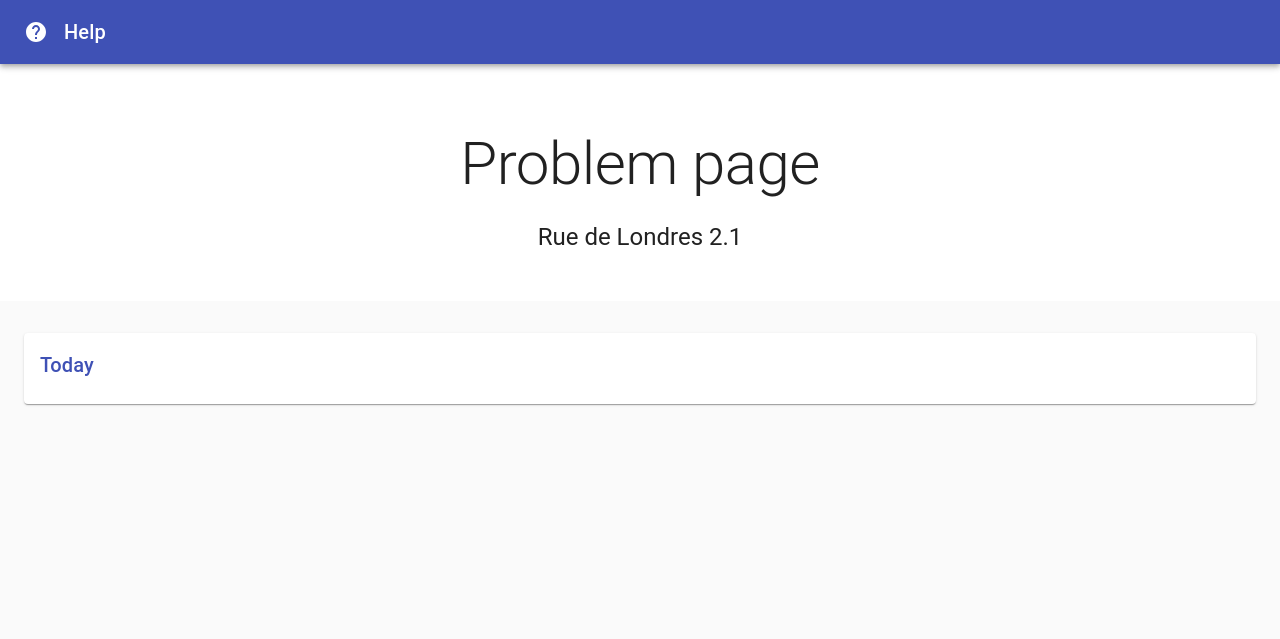
Repository: sapbrussels/intelligenthighway_webapp
Page: /Problempage (app in router/)
These files come from the project's save history. The page is drawn as it stood at one moment and after the next save; the edit follows.
The browser window is 1280 px wide. The pictures show the whole page.
The project was rebuilt for these pictures with package versions that can differ from the ones it lists, and the page was loaded fresh each time. Also part of the build but not shown: router/src/App.css, router/src/Login.js, router/src/Maps.js, router/src/Jobspage.js, router/src/Direction.js, router/src/Maintenance.js, router/src/Help.js.

Above is the page before, as saved 2020-03-31 14:53:21.

### router/src/App.js
import React from 'react';
import {BrowserRouter, Route, Switch} from "react-router-dom";
import './App.css';
import Login from './Login';
import Jobspage from'./Jobspage';
import Maintenance from './Maintenance';
import Help from './Help';
import Problempage from './Problempage';

function App() {
  return (
    <BrowserRouter>
    <Switch>
     <Route path='/' exact component={Login}/>
     <Route path='/Jobspage' exact component={Jobspage}/>
     <Route path='/Maintenance' exact component={Maintenance}/>
     <Route path='/Help' exact component={Help}/>
     <Route path='/Problempage' exact component={Problempage}/>
     </Switch>
    </BrowserRouter>

  );
}

export default App;

### router/src/Problempage.js
import React from 'react';
import AppBar from '@material-ui/core/AppBar';
import HelpIcon from '@material-ui/icons/Help';
import Paper from '@material-ui/core/Paper';
import CssBaseline from '@material-ui/core/CssBaseline';
import Grid from '@material-ui/core/Grid';
import Toolbar from '@material-ui/core/Toolbar';
import Typography from '@material-ui/core/Typography';
import { makeStyles } from '@material-ui/core/styles';
import Container from '@material-ui/core/Container';

import Voltage from './Voltage';

const useStyles = makeStyles((theme) => ({
  icon: {
    marginRight: theme.spacing(2),
  },
  heroContent: {
    backgroundColor: theme.palette.background.paper,
    padding: theme.spacing(8, 0, 6),
  },
  heroButtons: {
    marginTop: theme.spacing(4),
  },
  cardGrid: {
    paddingTop: theme.spacing(8),
    paddingBottom: theme.spacing(8),
  },
  card: {
    height: '100%',
    display: 'flex',
    flexDirection: 'column',

  },
  cardMedia: {
    paddingTop: '100%', // 16:9
  },
  cardContent: {
    flexGrow: 1,
  },
  footer: {
    backgroundColor: theme.palette.background.paper,
    padding: theme.spacing(6),
  },
  container: {
    paddingTop: theme.spacing(4),
    paddingBottom: theme.spacing(4),
  },
  paper: {
    padding: theme.spacing(2),
    display: 'flex',
    overflow: 'auto',
    flexDirection: 'column',
  },
}));



export default function Album() {
  const classes = useStyles();

  return (
    <React.Fragment>
      <CssBaseline />
      <AppBar position="relative">
        <Toolbar>
          <HelpIcon className={classes.icon} />
          <Typography variant="h6" color="inherit" noWrap>
            Help
          </Typography>
        </Toolbar>
      </AppBar>
      <main>
        {/* Hero unit */}
        <div className={classes.heroContent}>
          <Container maxWidth="sm">
            <Typography component="h1" variant="h2" align="center" color="textPrimary" gutterBottom>
              Problem page
            </Typography>

              <Grid container spacing={2} justify="center">
                <Grid item>
                <Typography variant="h5">
                 Rue de Londres 2.1
                </Typography>
                </Grid>
              </Grid>

          </Container>
        </div>
        <main className={classes.content}>
        <div className={classes.appBarSpacer} />
        <Container maxWidth="lg" className={classes.container}> {/* lg */}
          <Grid container spacing={3}>
          <Grid item xs={12} >
              <Paper className={classes.paper}>
                <Voltage />
              </Paper>
            </Grid>
          </Grid>
        </Container>
      </main>
    </main>
    </React.Fragment>
  );
}

### router/src/listItems.js
import React from 'react';
import ListItem from '@material-ui/core/ListItem';
import ListItemIcon from '@material-ui/core/ListItemIcon';
import ListItemText from '@material-ui/core/ListItemText';
import DashboardIcon from '@material-ui/icons/Dashboard';
import ShoppingCartIcon from '@material-ui/icons/ShoppingCart';
import PeopleIcon from '@material-ui/icons/People';
import { Link } from "react-router-dom";

export const mainListItems = (
  <div>
        <ListItem >
          <ListItemIcon>
            <DashboardIcon />
          </ListItemIcon>
          <ListItemText  primary="jobs page" />
        </ListItem>
      <Link to='/Maintenance'>
          <ListItem button>
          <ListItemIcon>
            <ShoppingCartIcon />
          </ListItemIcon>
          <ListItemText primary="History" />
        </ListItem></Link>
      <Link to='/Help'>
          <ListItem button>
          <ListItemIcon>
            <PeopleIcon />
          </ListItemIcon>
          <ListItemText primary="help" />
        </ListItem></Link>
  </div>
);

### router/src/LightStatus.js
import React from 'react';
import Link from '@material-ui/core/Link';
import { makeStyles } from '@material-ui/core/styles';
import Table from '@material-ui/core/Table';
import TableBody from '@material-ui/core/TableBody';
import TableCell from '@material-ui/core/TableCell';
import TableHead from '@material-ui/core/TableHead';
import TableRow from '@material-ui/core/TableRow';
import Rectangle from 'react-rectangle';
import Title from './Title';



// Generate Order Data
function createData(id, street_light, status,light) {
  return { street_light, status, light};
}

const rows = [
  createData(0, 'Boulevard Avroy 1.9', 'ON', <Rectangle aspectRatio={[3,3]}>
  <div style={{ background: '#008000',  width: '40%', height: '40%' }} />
</Rectangle>),
  createData(1, 'Rue de Londres 2.1', 'OFF',<Rectangle aspectRatio={[3,3]}>
  <div style={{ background: '#FFFFFF', width: '40%', height: '40%' }} />
</Rectangle>),
  createData(2, 'Rue de Londres 2.3', 'X',<Rectangle aspectRatio={[3,3]}>
  <div style={{ background: '#FF0000', width: '40%', height: '40%' }} />
</Rectangle>),
];

function preventDefault(event) {
  event.preventDefault();
}

const useStyles = makeStyles((theme) => ({
  seeMore: {
    marginTop: theme.spacing(3),
    padding: '20px',
    borderRadius:'10px',
  },
}));

export default function LightStatus() {
  const classes = useStyles();
  return (
    <React.Fragment>
      <Title>Light status</Title>
      <Table size="small">
        <TableHead>
          <TableRow>
            <TableCell>street light</TableCell>
            <TableCell>status</TableCell>
            <TableCell></TableCell>
          </TableRow>
        </TableHead>
        <TableBody>
          {rows.map((row) => (
            <TableRow key={row.id}>
              <TableCell>{row.street_light}</TableCell>
              <TableCell> {row.status}</TableCell>
              <TableCell> {row.light}</TableCell>
            </TableRow>
          ))}
        </TableBody>
      </Table>
      <div className={classes.seeMore}>
        <Link color="primary" href="#" onClick={preventDefault}>
          See more lights
        </Link>
      </div>
    </React.Fragment>
  );
}

### router/src/Jobslist.js
import React from 'react';
import {Link} from 'react-router-dom';
import { makeStyles } from '@material-ui/core/styles';
import Table from '@material-ui/core/Table';
import TableBody from '@material-ui/core/TableBody';
import TableCell from '@material-ui/core/TableCell';
import TableHead from '@material-ui/core/TableHead';
import TableRow from '@material-ui/core/TableRow';
import Title from './Title';

// Generate Order Data
function createData(id, location, job, accept, info) {
  return { id, location, job, accept, info };
}

const rows = [
    createData(0, 'Boulevard Avroy 1.9', 'Maintenance',<Link to="/Maintenance"><button>Accept</button></Link>),
    createData(1, 'Rue de Londres 2.1', 'Fix issue',<button>Accept</button>, <Link to="/Problempage"><button>find more info</button></Link>),
];

function preventDefault(event) {
  event.preventDefault();
}

const useStyles = makeStyles((theme) => ({
  seeMore: {
    marginTop: theme.spacing(3),
    padding: '20px',
    borderRadius:'10px',
  },
}));

    export default function Jobslist() {
    const classes = useStyles();
    return (
        <React.Fragment>
        <Title>jobs available</Title>
        <Table size="small">
            <TableHead>
            <TableRow>
                <TableCell>location</TableCell>
                <TableCell>job</TableCell>
                <TableCell>Accept the job</TableCell>
                <TableCell>More info</TableCell>
            </TableRow>
            </TableHead>
            <TableBody>
            {rows.map((row) => (
                <TableRow key={row.id}>
                <TableCell>{row.location}</TableCell>
                <TableCell>{row.job}</TableCell>
                <TableCell>{row.accept}</TableCell>
                <TableCell>{row.info}</TableCell>
                </TableRow>
            ))}
            </TableBody>
        </Table>
        <div className={classes.seeMore}>
            <Link color="primary" href="#" onClick={preventDefault}>
            See more orders
            </Link>
        </div>
        </React.Fragment>
    );
}

### router/src/Checklist.js
import React from 'react';
import Link from '@material-ui/core/Link';
import { makeStyles } from '@material-ui/core/styles';
import Table from '@material-ui/core/Table';
import TableBody from '@material-ui/core/TableBody';
import TableCell from '@material-ui/core/TableCell';
import TableHead from '@material-ui/core/TableHead';
import TableRow from '@material-ui/core/TableRow';
import Title from './Title';
import { Checkbox } from '@material-ui/core';

// Generate Order Data
function createData(id, check, tasks) {
  return { id, check, tasks };
}

const rows = [
  createData(0, <Checkbox></Checkbox>,'Turn all switches OFF & ON to stop dust build up'),
  createData(1, <Checkbox></Checkbox>,'turn all circuit-breakers OFF and reset'),
  createData(2, <Checkbox></Checkbox>,'Check for high resistance joints'),
  createData(3, <Checkbox></Checkbox>,'clean PE cell faces then cover to test functionnality'),
  createData(4, <Checkbox></Checkbox>,'check MEN and earthing'),
  createData(0, <Checkbox></Checkbox>,'Luminaire cleaning and inspection'),
  createData(1, <Checkbox></Checkbox>,'Inspect for any sign of vermin damage in the cabinet'),
  createData(2, <Checkbox></Checkbox>,'Remove grafitit on cabinet'),
  createData(3, <Checkbox></Checkbox>,'Trim all trees that interfere with solar-panels and light output of lulinaires'),
  createData(4, <Checkbox></Checkbox>,'Check all support structures for their integreties'),
  createData(3, <Checkbox></Checkbox>,'Installation, maintenance and replacement of post indentification label'),
  createData(4, <Checkbox></Checkbox>,'Installation, maintenace and replacement of supply point indentification labels'),
];


const useStyles = makeStyles((theme) => ({
  seeMore: {
    marginTop: theme.spacing(3),

  },
}));

export default function Orders() {
  const classes = useStyles();
  return (
    <React.Fragment>
      <Title>Maintenance checklist</Title>
      <Table size="small">
        <TableHead>
          <TableRow>
            <TableCell></TableCell>
            <TableCell>tasks</TableCell>

          </TableRow>
        </TableHead>
        <TableBody>
          {rows.map((row) => (
            <TableRow key={row.id}>
              <TableCell>{row.check}</TableCell>
              <TableCell>{row.tasks}</TableCell>
            </TableRow>
          ))}
        </TableBody>
      </Table>
      <div className={classes.seeMore}>
        <Link><button>Finished</button></Link>
      </div>
    </React.Fragment>
  );
}

### router/src/Voltage.js
import React from 'react';
import { useTheme } from '@material-ui/core/styles';
import { LineChart, Line, XAxis, YAxis, Label, ResponsiveContainer } from 'recharts';
import Title from './Title';

// Generate Sales Data
function createData(time, amount) {
  return { time, amount };
}

const data = [
  createData('00:00', 0),
  createData('03:00', 300),
  createData('06:00', 600),
  createData('09:00', 800),
  createData('12:00', 1500),
  createData('15:00', 2000),
  createData('18:00', 2400),
  createData('21:00', 2400),
  createData('24:00', undefined),
];

export default function Chart() {
  const theme = useTheme();

  return (
    <React.Fragment>
      <Title>Today</Title>
      <ResponsiveContainer>
        <LineChart
          data={data}
          margin={{
            top: 16,
            right: 16,
            bottom: 0,
            left: 24,
          }}
        >
          <XAxis dataKey="time" stroke={theme.palette.text.secondary} />
          <YAxis stroke={theme.palette.text.secondary}>
            <Label
              angle={270}
              position="left"
              style={{ textAnchor: 'middle', fill: theme.palette.text.primary }}
            >
              Sales ($)
            </Label>
          </YAxis>
          <Line type="monotone" dataKey="amount" stroke={theme.palette.primary.main} dot={false} />
        </LineChart>
      </ResponsiveContainer>
    </React.Fragment>
  );
}

Loaded but not shown: router/public/index.html (common file); router/src/index.js (common file); router/src/index.css (common file); router/src/serviceWorker.js (common file); router/src/Title.js (common file)

After the next save:
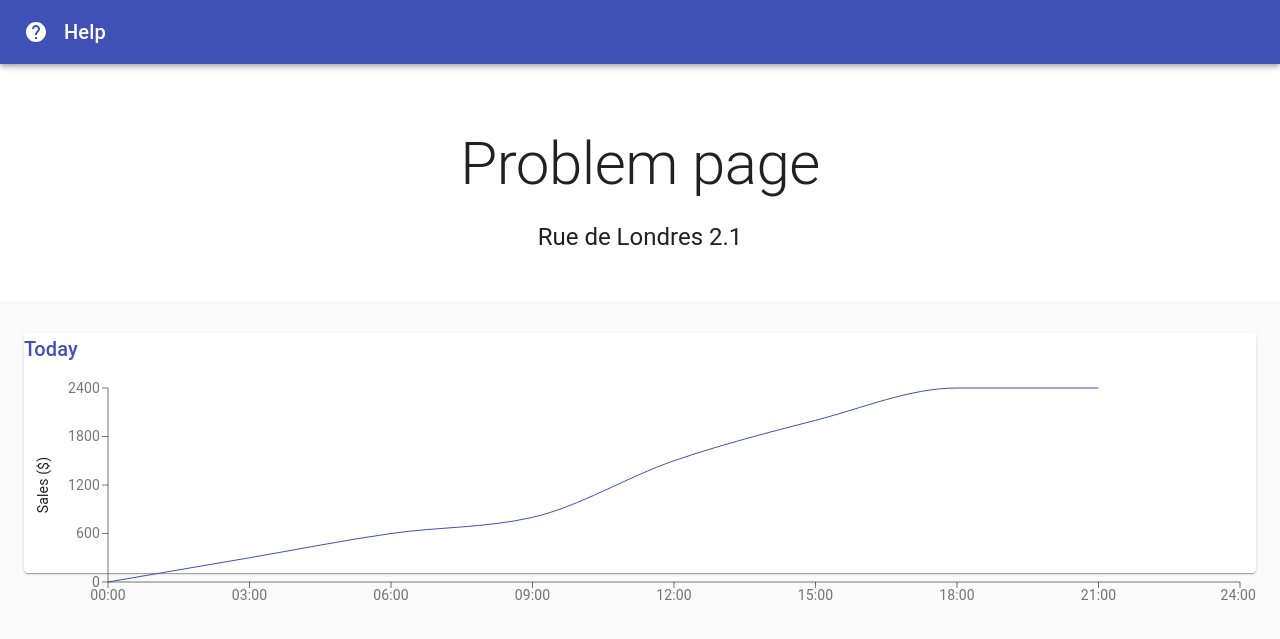
Saved 95 s later.
--- a/router/src/Problempage.js
+++ b/router/src/Problempage.js
@@ -47,10 +47,7 @@ const useStyles = makeStyles((theme) => ({
     paddingBottom: theme.spacing(4),
   },
   paper: {
-    padding: theme.spacing(2),
-    display: 'flex',
-    overflow: 'auto',
-    flexDirection: 'column',
+    height: 240,
   },
 }));
 
